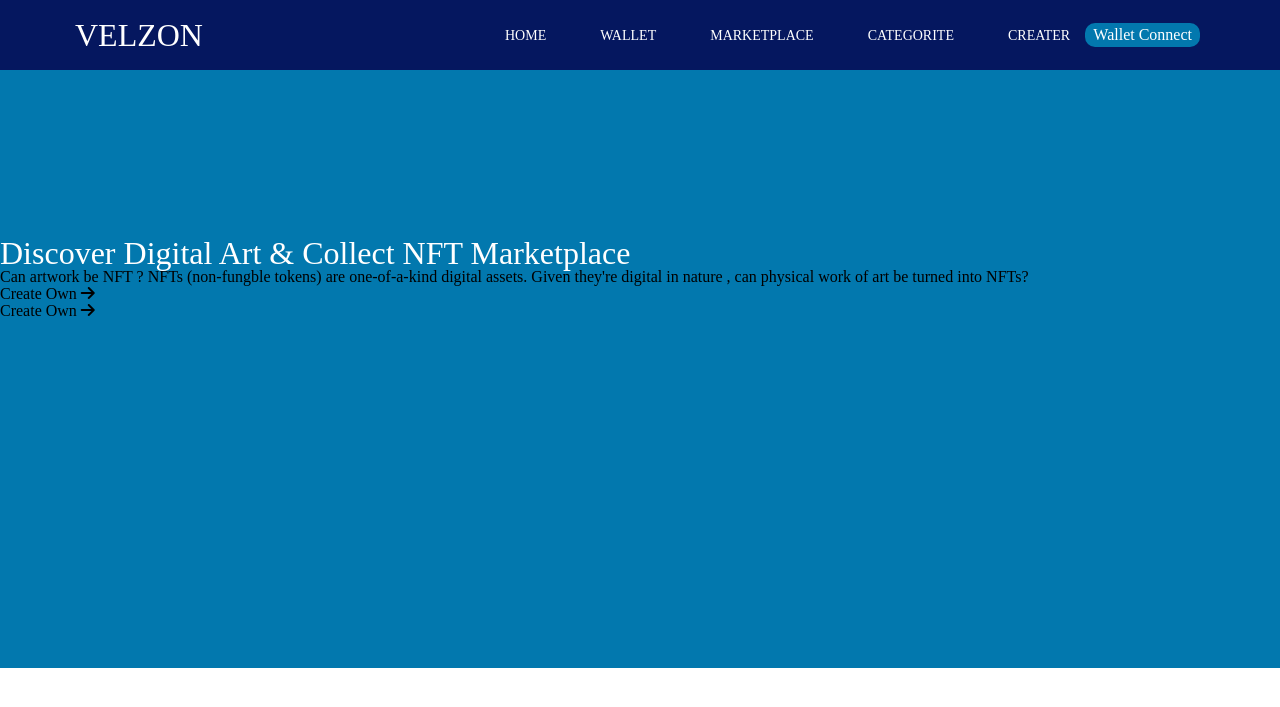
Repository: HuynhDuc23/Webvideodesgin
Page: index.html
These files come from the project's save history. The page is drawn as it stood at one moment and after the next save; the edit follows.
The browser window is 1280 px wide. The pictures show the whole page.
The style sheet was rebuilt from its Sass, Less or Tailwind sources for each picture, by a compiler version that may differ from the author's.

Above is the page before, as saved 2023-04-25 11:56:58.

### index.html
<!DOCTYPE html>
<html lang="en">
<head>
    <meta charset="UTF-8">
    <meta http-equiv="X-UA-Compatible" content="IE=edge">
    <meta name="viewport" content="width=device-width, initial-scale=1.0">
    <link rel="stylesheet" href="https://cdnjs.cloudflare.com/ajax/libs/font-awesome/6.4.0/css/all.min.css" integrity="sha512-iecdLmaskl7CVkqkXNQ/ZH/XLlvWZOJyj7Yy7tcenmpD1ypASozpmT/E0iPtmFIB46ZmdtAc9eNBvH0H/ZpiBw==" crossorigin="anonymous" referrerpolicy="no-referrer" />
    <link rel="stylesheet" href="./reset.css">
    <link rel="stylesheet" href="style.css">
    <title>LoadingPage</title>
</head>
<body>
    <div class="loadingpage">
     <div class="loadingpage__heading">
        <div class="loadingpage__header">
            <div class="loadingpage__left"><h4 class="loadingpage__content">VELZON</h4></div>
            <div class="loaddingpage__right">
                <ul class="loadingpage__list">
                    <li class="loadingpage__items"><h5 class="loadingpage__padding">Home</h5></li>
                    <li class="loadingpage__items"><h5 class="loadingpage__padding">Wallet</h5></li>
                    <li class="loadingpage__items"><h5 class="loadingpage__padding">MarketPlace</h5></li>
                    <li class="loadingpage__items"><h5 class="loadingpage__padding">categorite</h5></li>
                    <li class="loadingpage__items"><h5 class="loadingpage__padding">Creater</h5></li>
                </ul>
            </div>
        </div>
        <div class="loadingpage__mid">
            <div class="loadingpage__mid__content1">
                <h1 class="loadingpage__mid__content">Discover Digital Art & Collect <span>NFT Marketplace</span></h1>
            </div>
            <div class="loadingpage__mid__content2">
                <p class="loadding__mid__content2__para">
                    Can artwork be NFT ? NFTs (non-fungble tokens) are one-of-a-kind digital assets. Given they're  digital in nature , can physical work of art be turned into NFTs?
                </p>
                <div class="button__mid">
                    <div class="button">
                        <div class="button__1">Create Own
                         <i class="fa-solid fa-arrow-right"></i>
                        </div>
                     </div>
                     <div class="button">
                         <div class="button__1">Create Own
                          <i class="fa-solid fa-arrow-right"></i>
                         </div>
                      </div>
                </div>
            </div>
        </div>
     </div>
    </div>
</body>
</html>

### style.scss
html {
    box-sizing: border-box;
}
*{
    font-size: 16.5rem;
    font-family: 'Segoe UI', Tahoma, Geneva, Verdana, sans-serif;
}
.loadingpage {
    &__heading {
        width: 100%;
        height: 668px;
      //  background-color: #0278ae;
        background-color:rgb(2,120,174);
    }
    &__header {
        width: 100%;
        height: 70px;
        background-color: #05175f;
        display: flex ;
        justify-content: flex-start;
        align-items: center;
        position: relative;
    }
    &__left {
        padding:  27px 75px;
        cursor: pointer;
    }
    &__content {
        color: white;
        font-weight: 500;
        font-size: 14px;
        line-height: 21px;
        text-transform: uppercase;
        font-size: xx-large;
    }
    &__right {
        margin-left: 200px;
    }
    &__list {
        display: flex;
        align-items: center;
        padding-left: 200px;

        &:before {
            content: "Wallet Connect";
            padding: 4px 8px ;
            top: 50%;
            right: 80px;
            position: absolute;
            color: white;
            transform: translateY(-50%);
            background-color: rgb(2,120,174);
            cursor: pointer;
            border-radius: 10px ;
        }

    }
    &__items {
        padding: 27px;
        &:hover {
            color: #00bd9d;
            cursor: pointer;
        }
    }
    &__padding {
       color: white;
       font-weight: 500;
       font-size: 14px;
       line-height: 21px;
       text-transform: uppercase;
       &:hover {
        color: #00bd9d;
        cursor: pointer;
    }
    }

    &__mid__content1 {
        padding-top: 167px;
    }
    &__mid__content {
        color: white;
        font-size: xx-large;
        text-align: center;
        display: inline-block;
    }
}

Loaded but not shown: reset.css (common file)

After the next save:
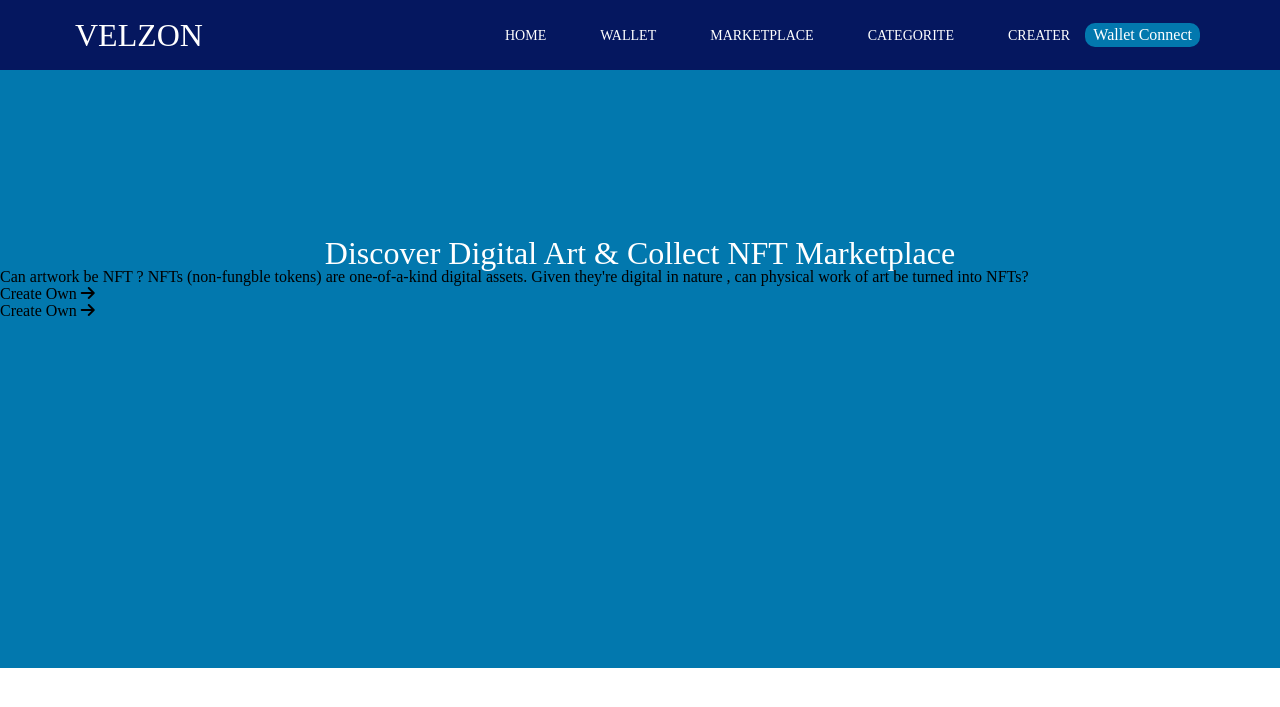
Saved 6 s later.
--- a/style.scss
+++ b/style.scss
@@ -81,6 +81,6 @@
         color: white;
         font-size: xx-large;
         text-align: center;
-        display: inline-block;
+        // display: inline-block;
     }
 }

After the save that followed:
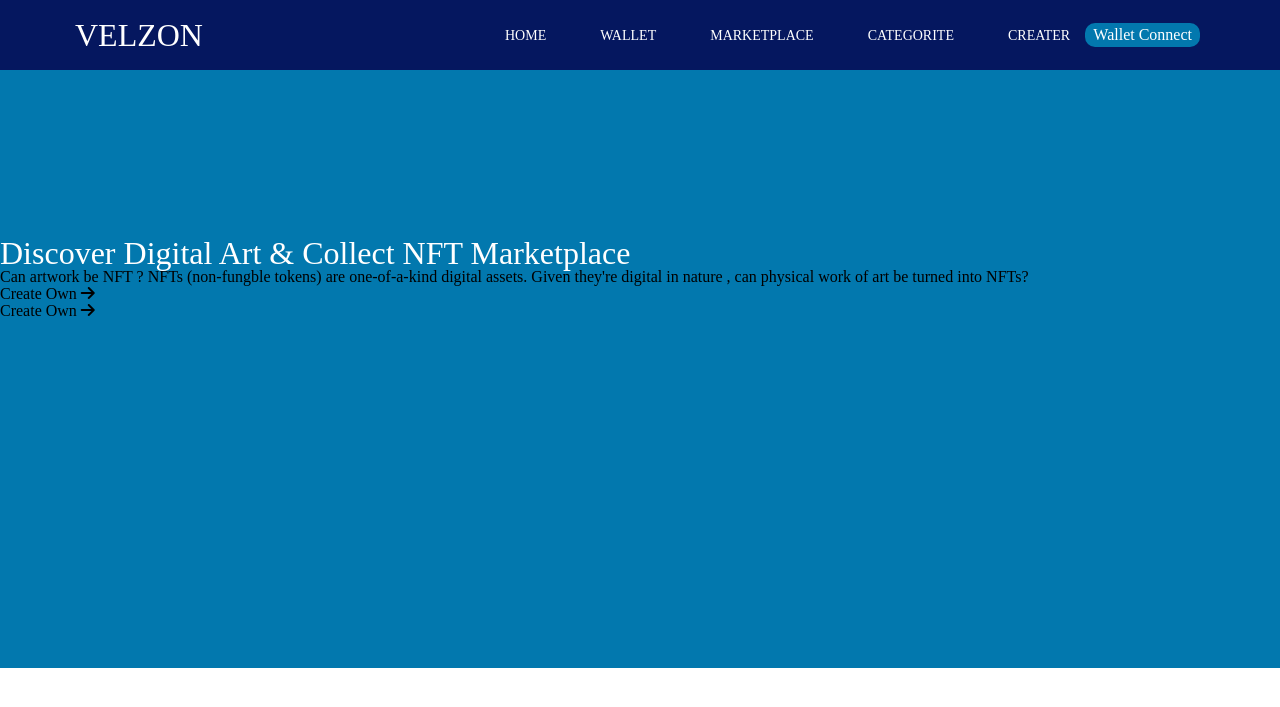
Saved 7 s later.
--- a/style.scss
+++ b/style.scss
@@ -80,7 +80,7 @@
     &__mid__content {
         color: white;
         font-size: xx-large;
-        text-align: center;
-        // display: inline-block;
+        // text-align: center;
+        display: inline-block;
     }
 }
